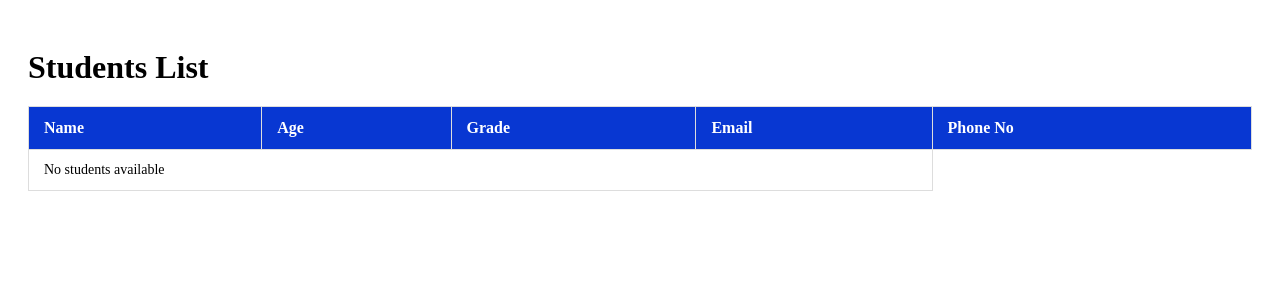
Repository: sharmisthak16/Student-Assignment
Page: /students (app in my-project/)
An editor plug-in stored every save of this project. The page is shown before and after a run of saves, followed by the edit.
The browser window is 1280 px wide. The pictures show the whole page.
The page's requests for data from a server got no answer. The project was rebuilt for these pictures with package versions that can differ from the ones it lists, and the page was loaded fresh each time. No one was signed in, and anything a server would have sent is missing. Also part of the build but not shown: my-project/vite.config.js, my-project/src/components/LoginForm.css, my-project/src/components/LoginForm.jsx, my-project/src/components/Dashboard.css, my-project/src/components/Dashboard.jsx, my-project/src/components/HomeButtons.css, my-project/src/components/HomeButtons.jsx, my-project/src/Pages/Home.jsx and 4 more.

Above is the page before, as saved 2025-01-31 04:22:11.

### my-project/index.html
<!doctype html>
<html lang="en">
  <head>
    <meta charset="UTF-8" />

    <meta name="viewport" content="width=device-width, initial-scale=1.0" />
    <title>Assignment</title>
  </head>
  <body>
    <div id="root"></div>
    <script type="module" src="/src/main.jsx"></script>
  </body>
</html>

### my-project/src/App.jsx
import React from 'react';
import { BrowserRouter as Router, Route, Routes } from 'react-router-dom'; // Use Routes instead of Switch
import LoginForm from './components/LoginForm';
import Dashboard from './components/Dashboard'; // Create this component for the dashboard page
import Home from './Pages/Home';
import StudentTable from './components/StudentTable';
import AddStudentModal from './components/AddStudentModal'
import StudentsPage from './components/StudentPage';

function App() {
  return (
    <Router>
      <Routes>
      <Route path='/' element={<Home/>} />
        <Route path="/LoginForm" element={<LoginForm />} /> {/* Use element instead of component */}
        <Route path="/dashboard" element={<Dashboard />} /> {/* Use element instead of component */}
       <Route path="/StudentTable" element={<StudentTable />}  />
       <Route path="/AddStudentModal" element={<AddStudentModal/>}  />
       <Route path='/students' element={< StudentsPage/>}/>
      </Routes>
    </Router>
  );
}

export default App;

### my-project/src/components/StudentPage.jsx
import React, { useEffect, useState } from 'react';
import { db, collection, getDocs } from './firebase'; // Assuming you're using Firestore
import './StudentPage.css';

const StudentPage = () => {
  const [students, setStudents] = useState([]);
  const [loading, setLoading] = useState(true);

  useEffect(() => {
    const fetchStudents = async () => {
      try {
        const querySnapshot = await getDocs(collection(db, "students"));
        const studentsData = querySnapshot.docs.map(doc => ({
          id: doc.id,
          ...doc.data(),
        }));
        setStudents(studentsData);
      } catch (error) {
        console.error("Error fetching students:", error);
      } finally {
        setLoading(false);
      }
    };

    fetchStudents();
  }, []);

  return (
    <div className="students-page">
      <h1>Students List</h1>
      {loading ? (
        <p>Loading...</p>
      ) : (
        <table className="students-table">
          <thead>
            <tr>
              <th>Name</th>
              <th>Age</th>
              <th>Grade</th>
              <th>Email</th>
              <th>Phone No</th>
            </tr>
          </thead>
          <tbody>
            {students.length > 0 ? (
              students.map(student => (
                <tr key={student.id}>
                  <td>{student.name}</td>
                  <td>{student.age}</td>
                  <td>{student.grade}</td>
                  <td>{student.email}</td>
                  <td>{student.phone}</td>
                  <td>{student.email}</td>
                </tr>
              ))
            ) : (
              <tr>
                <td colSpan="4">No students available</td>
              </tr>
            )}
          </tbody>
        </table>
      )}
    </div>
  );
};

export default StudentPage;

### my-project/src/components/firebase.js
import { initializeApp } from "firebase/app";
import { getAuth, createUserWithEmailAndPassword, signInWithEmailAndPassword } from "firebase/auth";
import { getFirestore, collection, addDoc, getDocs } from "firebase/firestore"; // Import getDocs

const firebaseConfig = {
  apiKey: "AIzaSyBbJ0LWJOG7xecQUhc7-0NGPvu33pYSSAg",
  authDomain: "assignment-f6a48.firebaseapp.com",
  projectId: "assignment-f6a48",
  storageBucket: "assignment-f6a48.appspot.com",
  messagingSenderId: "801572322432",
  appId: "1:801572322432:web:b56f932b3f50b6140f7a65",
  measurementId: "G-SBG6GTP1V2"
};

const app = initializeApp(firebaseConfig);
const auth = getAuth(app);
const db = getFirestore(app); // Firestore instance

// Export the methods you're using
export { auth, db, createUserWithEmailAndPassword, signInWithEmailAndPassword, addDoc, collection, getDocs };

### my-project/src/components/StudentPage.css
/* Students Page Styling */
.students-page {
    padding: 20px;
  }

  .students-page h1 {
    font-size: 32px;
    margin-bottom: 20px;
  }

  .students-table {
    width: 100%;
    border-collapse: collapse;
    margin-top: 20px;
  }

  .students-table th, .students-table td {
    padding: 12px 15px;
    text-align: left;
    border: 1px solid #ddd;
  }

  .students-table th {
    background-color: #0837d2;
    color: white;
  }

  .students-table tr:nth-child(even) {
    background-color: #f9f9f9;
  }

  .students-table tr:hover {
    background-color: #f1f1f1;
  }

  .students-table td {
    font-size: 14px;
  }

Loaded but not shown: my-project/src/main.jsx (common file); my-project/src/index.css (common file)

After the next 3 saves:
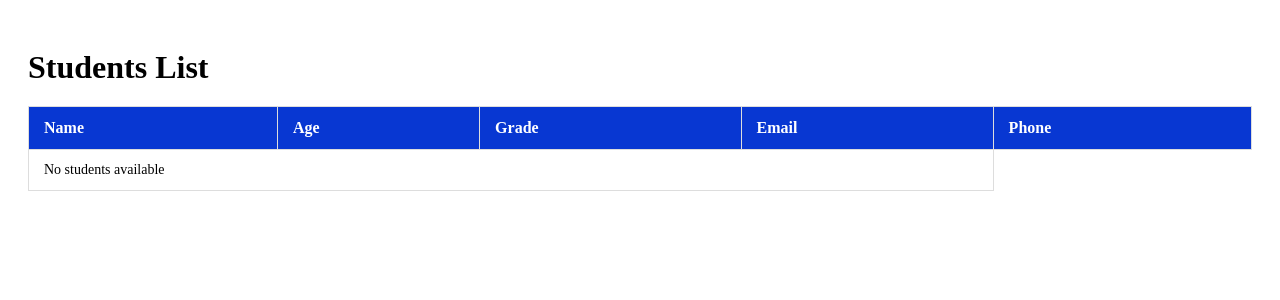
The 3 saves are shown as one change because 1 did not build or start and some came seconds apart.
The last was saved 39 s later.
--- a/my-project/src/components/StudentPage.jsx
+++ b/my-project/src/components/StudentPage.jsx
@@ -38,7 +38,8 @@ const StudentPage = () => {
               <th>Age</th>
               <th>Grade</th>
               <th>Email</th>
-              <th>Phone No</th>
+              <th>Phone</th>
+
             </tr>
           </thead>
           <tbody>
